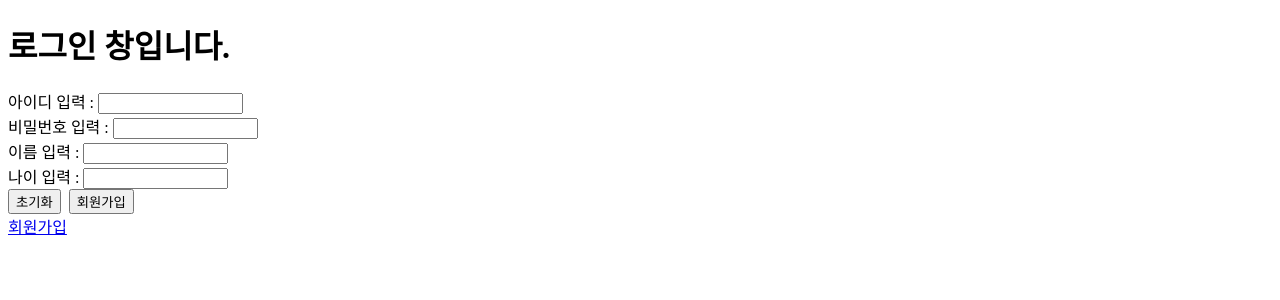
Repository: jungreul97/jsp_pracitce
Page: http://localhost/JSPBasic/JspObject/1.requests/req_join_form.jsp
An editor plug-in stored every save of this project. The page is shown before and after the next save, followed by the edit.
The browser window is 1280 px wide. The pictures show the whole page.
The page is served by Tomcat 9.

Above is the page before, as saved 2022-02-04 02:10:17.

### JSPBasic/src/main/webapp/JspObject/1.requests/req_join_form.jsp
<%@ page language="java" contentType="text/html; charset=UTF-8"
    pageEncoding="UTF-8"%>
<!DOCTYPE html>
<html>
<head>
<meta charset="UTF-8">
<title>Insert title here</title>
</head>
<body>
	<h1>로그인 창입니다.</h1>
	<form action = "req_join_result.jsp" method = "post">
		아이디 입력 : <input type = "text" name = "id" size = "15px"><br/>
		비밀번호 입력 : <input type = "password" name = "pw" size = "15px"><br/>
		이름 입력 : <input type = "name" name = "name" size = "15px"><br/>
		나이 입력 : <input type = "age" name = "age" size = "15px"><br/>
		<input type = "reset" value = "초기화">&nbsp;
		<input type = "submit" value = "회원가입"><br/>
		<a href = "req_join_form.jsp">회원가입</a>
	</form>
</body>
</html>

After the next save:
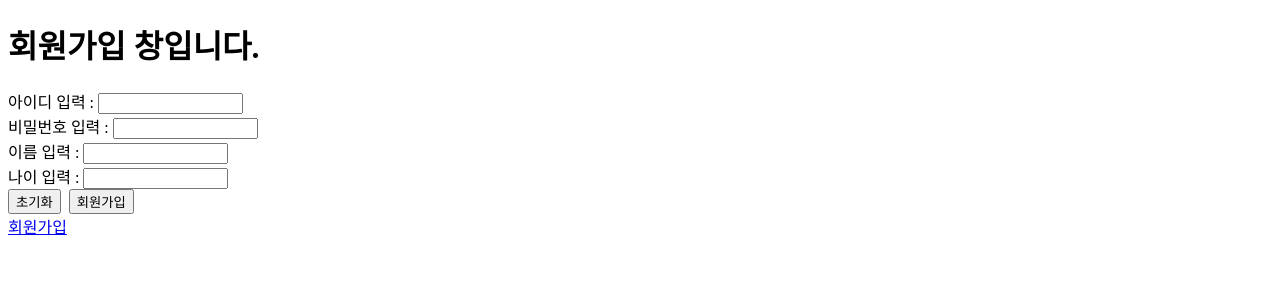
Saved 107 s later.
--- a/JSPBasic/src/main/webapp/JspObject/1.requests/req_join_form.jsp
+++ b/JSPBasic/src/main/webapp/JspObject/1.requests/req_join_form.jsp
@@ -7,7 +7,7 @@
 <title>Insert title here</title>
 </head>
 <body>
-	<h1>로그인 창입니다.</h1>
+	<h1>회원가입 창입니다.</h1>
 	<form action = "req_join_result.jsp" method = "post">
 		아이디 입력 : <input type = "text" name = "id" size = "15px"><br/>
 		비밀번호 입력 : <input type = "password" name = "pw" size = "15px"><br/>
